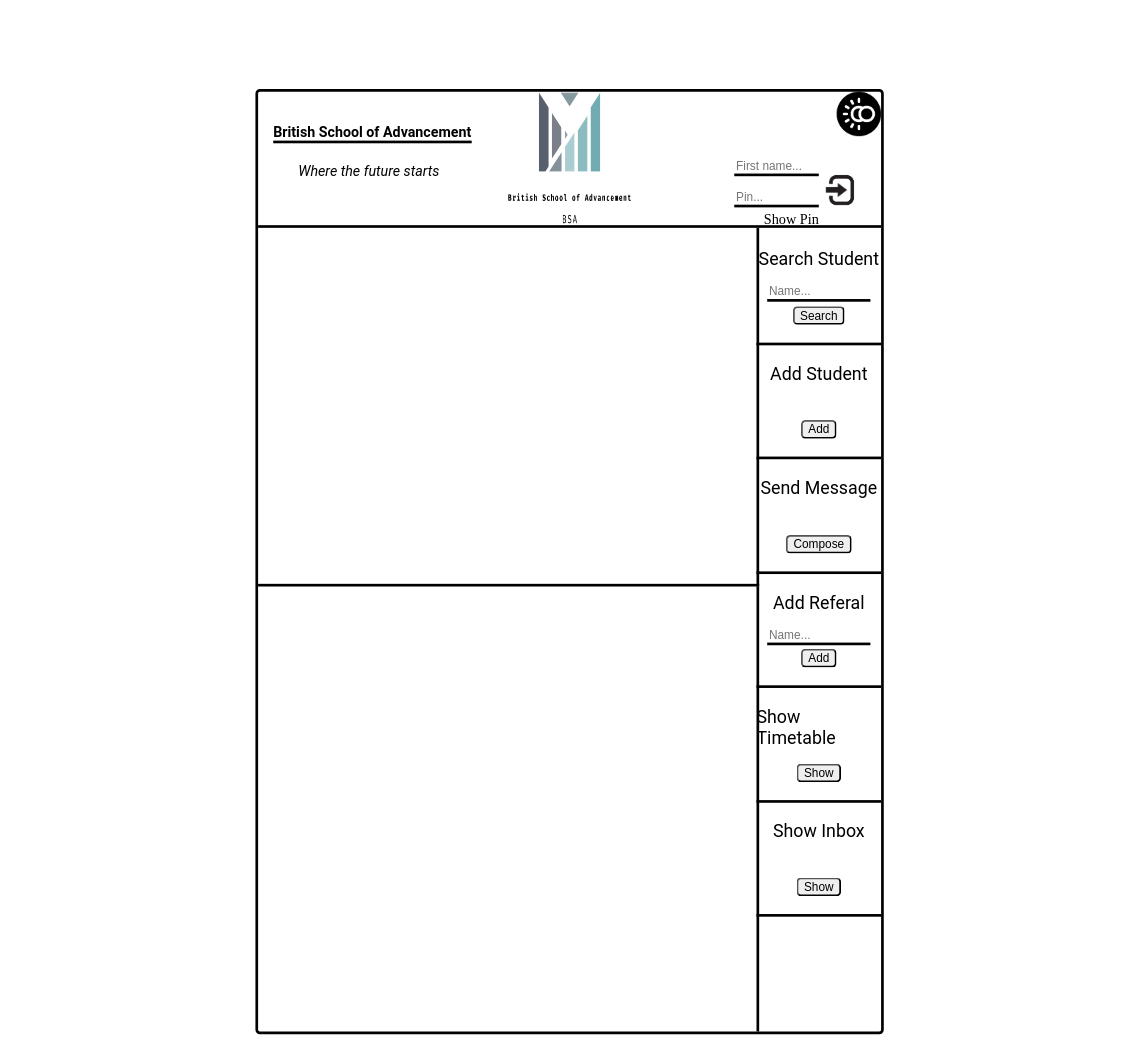
Repository: ghend99/Guardian-Application
Page: index.html
An editor plug-in stored every save of this project. The page is shown before and after the next save, followed by the edit.
The browser window is 1280 px wide. The pictures show the whole page, at 89% of full size.

Above is the page before, as saved 2023-06-06 18:49:37.

### index.html
<!DOCTYPE html>
<html lang="en">
  <head>
    <meta charset="UTF-8" />
    <meta http-equiv="X-UA-Compatible" content="IE=edge" />
    <meta name="viewport" content="width=device-width, initial-scale=1.0" />
    <title>School Application</title>
    <link rel="stylesheet" href="style.css" />
    <link rel="icon" type="image/x-icon" href="./images/favicon.png" />
  </head>
  <body>
    <div id="main-container">
      <div id="header-container">
        <div id="header-container-left-section">
          <p id="header-school-name" class="page-headers">
            British School of Advancement
          </p>
          <p id="header-school-slogan" class="page-headers">
            Where the future starts
          </p>
        </div>
        <div id="header-container-middle-section">
          <img class="header-middle-section-logo" src="./images/logo.png" />
        </div>
        <div id="header-container-right-section">
          <input
            id="header-login-input-fullname"
            class="login-input-fullname login-input input"
            type="text"
            placeholder="First name..."
          />
          <input
            id="header-login-input-pin"
            class="login-input-pin login-input input"
            placeholder="Pin..."
            type="password"
          />
          <p id="show-pin-header">Show Pin</p>
          <img
            id="header-login-button"
            class="login-button"
            src="./images/login-button.png"
          />
          <img class="header-dark-mode-toggle" src="./images/dark-mode.png" />
          <img class="login-modal-open" src="./images/login.png" />
        </div>
      </div>
      <div id="sidebar-container">
        <div id="sidebar-link-container1" class="sidebar-link-container">
          <p class="sidebar-link-header page-headers">Search Student</p>
          <input class="sidebar-input input" placeholder="Name..." />
          <button class="sidebar-search-button submit-button">Search</button>
        </div>
        <div id="sidebar-link-container2" class="sidebar-link-container">
          <p class="sidebar-link-header page-headers">Add Student</p>
          <button id="add-student" class="sidebar-search-button submit-button">
            Add
          </button>
        </div>
        <div id="sidebar-link-container3" class="sidebar-link-container">
          <p class="sidebar-link-header page-headers">Send Message</p>
          <button
            id="compose-message-open"
            class="sidebar-search-button submit-button"
          >
            Compose
          </button>
        </div>
        <div id="sidebar-link-container4" class="sidebar-link-container">
          <p class="sidebar-link-header page-headers">Add Referal</p>
          <input
            id="add-referal-fullname"
            class="sidebar-input input"
            placeholder="Name..."
          />
          <button id="add-referal" class="sidebar-search-button submit-button">
            Add
          </button>
        </div>
        <div id="sidebar-link-container5" class="sidebar-link-container">
          <p
            id="show-timetable-heading"
            class="sidebar-link-header page-headers"
          >
            Show Timetable
          </p>
          <button
            id="timetable-open"
            class="sidebar-search-button submit-button"
          >
            Show
          </button>
        </div>
        <div id="sidebar-link-container6" class="sidebar-link-container">
          <p class="sidebar-link-header page-headers">Show Inbox</p>
          <button id="inbox-open" class="sidebar-search-button submit-button">
            Show
          </button>
        </div>
        <div id="sidebar-link-container7" class="sidebar-link-container">
          <p class="sidebar-link-header page-headers">Update Timetable</p>
          <button
            id="update-timetable"
            class="sidebar-search-button submit-button"
          >
            Show
          </button>
        </div>
      </div>
      <img id="sidebar-open" src="./images/menu.png" />
      <img id="sidebar-close" src="./images/menu.png" />

      <div id="student-information-container">
        <h1
          id="student-information-name-header"
          class="student-information page-headers"
        >
          Student Name:
        </h1>
        <h3 class="student-information student-information-general-header">
          General Information
        </h3>
        <p id="student-information-first-name" class="student-information">
          First Name:
        </p>
        <p id="student-information-last-name" class="student-information">
          Last Name:
        </p>
        <p id="student-information-year" class="student-information">
          Year Group:
        </p>
        <p id="student-information-referals" class="student-information">
          Referals:
        </p>
        <p id="password-reset" class="student-information">Reset Password</p>
      </div>

      <div id="student-management-container">
        <p class="student-management-heading"></p>
        <img id="student-management-close" src="./images/close.png" />
        <div id="timetable-container"></div>
        <div id="inbox-container">
          <div id="inbox-header">
            <p class="inbox-header-header">Date</p>
            <p class="inbox-header-header">Sender</p>
            <p class="inbox-header-header">Reciever</p>
            <p class="inbox-header-header">Subject</p>
            <p class="inbox-header-header">Message</p>
          </div>
          <div id="inbox-line">
            <p></p>
            <p></p>
            <p></p>
            <p></p>
            <p></p>
          </div>
        </div>
      </div>
    </div>

    <div id="login-modal-container">
      <h1 class="login-modal-header modal-header page-headers">Login</h1>
      <img
        id="login-modal-close"
        class="modal-close"
        src="./images/close.png"
      />
      <input
        id="login-modal-fullname"
        class="login-input-fullname login-modal-input input"
        type="text"
        placeholder="Full name..."
      />
      <input
        id="login-modal-pin"
        class="login-input-pin login-modal-input input"
        type="number"
        placeholder="Pin..."
      />
      <p id="login-modal-show-pin">Show Pin</p>
      <input id="login-modal-submit" class="submit-button" type="submit" />
    </div>

    <div id="create-account-container">
      <p id="create-account-header" class="modal-header page-headers">
        Add Student Details
      </p>
      <img
        id="create-account-close"
        class="modal-close"
        src="./images/close.png"
      />
      <input
        id="create-account-first-name"
        class="create-account-input input"
        placeholder="First name..."
      />
      <input
        id="create-account-last-name"
        class="create-account-input input"
        placeholder="Last name..."
      />
      <input
        id="create-account-year"
        class="create-account-input input"
        placeholder="Year..."
      />
      <input
        id="create-account-pin"
        class="create-account-input input"
        placeholder="Year..."
      />

      <input
        id="create-account-repin"
        class="create-account-input input"
        placeholder="Year..."
      />
      <input id="create-account-submit" class="submit-button" type="submit" />
    </div>

    <div id="compose-message-container" class="">
      <p id="compose-message-header" class="modal-header">Compose Message</p>
      <img
        id="compose-message-close"
        class="modal-close"
        src="./images/close.png"
      />
      <input
        id="compose-message-reciever"
        class="compose-message-input input"
        type="text"
        placeholder="Reciever..."
      />
      <input
        id="compose-message-title"
        class="compose-message-input input"
        type="text"
        placeholder="Subject..."
      />
      <textarea
        id="compose-message-text-area"
        placeholder="Message..."
      ></textarea>
      <input id="compose-message-submit" class="submit-button" type="submit" />
    </div>

    <div id="password-reset-container">
      <p id="password-reset-header" class="modal-header page-headers">
        Pin Reset
      </p>
      <img
        id="password-reset-close"
        class="modal-close"
        src="./images/close.png"
      />
      <input
        id="password-reset-old"
        class="password-reset-input input"
        type="number"
        placeholder="Old Pin..."
      />
      <input
        id="password-reset-new"
        class="password-reset-input input"
        type="number"
        placeholder="New Pin..."
      />
      <input
        id="password-reset-new-retype"
        class="password-reset-input input"
        type="number"
        placeholder="New Pin..."
      />
      <input id="password-reset-submit" class="submit-button" type="submit" />
    </div>
    <script src="functions.js"></script>
    <script src="elements.js"></script>
    <script src="buttons.js"></script>
    <script src="message.js"></script>
    <script src="timetable.js"></script>
  </body>
</html>

### style.css
button {
  cursor: pointer;
}

.input {
  background-color: transparent;
  text-decoration: none;
  border: none;
  border-bottom: solid;
  outline: none;
}

.page-headers {
  font-family: "Roboto", Arial;
}

.modal-header {
  font-size: 30px;
  font-weight: bold;
  margin-top: 10px;
}

.dark-mode {
  background-color: black;
  color: white;
  border: solid;
  border-radius: 5px;
}

.input-dark-mode {
  color: white;
  border-color: white;
}

.button-dark-mode {
  color: white;
  background-color: black;
}

#main-container {
  position: relative;
  left: 50%;
  transform: translate(-50%);
  max-width: 50%;
  min-width: 700px;
  max-height: 1200px;
  min-height: 1000px;
  margin-top: 100px;
  border: solid;
  border-radius: 5px;
}

#header-container {
  display: grid;
  grid-template-columns: 1fr 1fr 1fr;
  grid-template-rows: 1fr;
  max-height: 200px;
  min-height: 150px;
  width: 100%;
  border-bottom: solid;
}

#header-school-name {
  position: absolute;
  top: 20px;
  left: 17px;
  font-size: clamp(1rem, 1vw, 2rem);
  font-weight: bold;
  border-bottom: solid;
}

#header-school-slogan {
  position: absolute;
  top: clamp(5%, 70px, 80px);
  left: clamp(45px, 5%, 70px);
  font-size: clamp(0.9rem, 1.5vw, 1rem);
  margin-top: 10px;
  font-style: italic;
}

#header-container-middle-section {
  display: flex;
  justify-content: center;
}

.header-middle-section-logo {
  width: 60%;
}

#header-login-input-fullname {
  position: absolute;
  top: 75px;
  width: 13%;
  right: 10%;
}

#header-login-input-pin {
  position: absolute;
  top: 110px;
  width: 13%;
  right: 10%;
}

#show-pin-header {
  position: absolute;
  top: 135px;
  right: 10%;
  margin: 0;
}

#header-login-button {
  position: absolute;
  width: 50px;
  right: 3%;
  top: 85px;
  cursor: pointer;
}

.header-dark-mode-toggle {
  position: absolute;
  width: 50px;
  top: 0;
  right: 0;
  cursor: pointer;
}

.login-modal-open {
  display: none;
}

#sidebar-container {
  position: absolute;
  display: grid;
  grid-template-columns: 1fr;
  grid-template-rows: 1fr 1fr 1fr 1fr 1fr 1fr 1fr;
  right: 0;
  bottom: 0;
  max-width: 30%;
  min-width: 20%;
  max-height: 1000px;
  min-height: 900px;
}

#sidebar-link-container1 {
  justify-content: center;
}

/* #sidebar-link-container6 {
  border-bottom: none;
} */

#sidebar-link-container7 {
  display: none;
  border-bottom: none;
}

.sidebar-link-container {
  position: relative;
  display: flex;
  justify-content: center;
  border-bottom: solid;
}

.sidebar-link-header {
  position: absolute;
  font-size: 20px;
}

.sidebar-input {
  position: absolute;
  margin-top: 60px;
  width: 80%;
}

.sidebar-search-button {
  position: absolute;
  max-width: 75%;
  min-width: 30px;
  bottom: 20px;
  border-radius: 5px;
}

#sidebar-open,
#sidebar-close {
  position: absolute;
  width: 50px;
  right: 0;
  top: 155px;
  display: none;
}

#sidebar-close {
  right: 120px;
}

#student-information-container {
  max-height: 800px;
  min-height: 400px;
  max-width: 80%;
  min-width: 50%;
  border-bottom: solid;
  border-right: solid;
}

#student-information-name-header {
  font-size: 30px;
  font-weight: bold;
  border-bottom: solid;
  width: fit-content;
  margin-left: 30px;
  margin-top: 0;
}

.student-information {
  margin-left: 40px;
  display: none;
}

.student-information-general-header {
  font-size: 24px;
  font-weight: bold;
  padding-left: 40px;
}

#password-reset {
  border-bottom: solid;
  font-weight: bold;
  width: fit-content;
  cursor: pointer;
}

#student-management-container {
  max-width: 80%;
  min-width: 50%;
  max-height: 600px;
  min-height: 500px;
  border-right: solid;
}

.student-management-heading {
  display: inline-block;
  font-size: 30px;
  margin: 0;
  margin-left: 20px;
  width: fit-content;
}

#student-management-close {
  position: absolute;
  bottom: 45.7%;
  right: 21%;
  width: 30px;
  cursor: pointer;
  display: none;
}

#timetable-container {
  position: relative;
  display: grid;
  grid-gap: 1em;
  grid-template-rows: repeat(var(--grid-rows), 1fr);
  grid-template-columns: repeat(var(--grid-cols), 1fr);
  /* top: 50px; */
  overflow: scroll;
  max-height: 90%;
  min-height: 466px;
  /* max-width: 99.6%;
  min-width: 250px; */
  display: none;
}

:root {
  --grid-cols: 1;
  --grid-rows: 1;
}

.grid-item {
  padding: 1em;
  border: 1px solid #ddd;
  text-align: center;
}

#timetable-input {
  width: 100px;
}

#inbox-container {
  max-height: 90%;
  min-height: 466px;
  max-width: 99.6%;
  min-width: 250px;
  display: none;
}

#inbox-header {
  position: relative;
  display: grid;
  grid-template-columns: 1fr 1fr 1fr 1fr 1fr;
  grid-template-rows: 1fr;
  width: 100%;
  height: 50px;
  /* background-color: aqua; */
  overflow-y: auto;
  font-family: "Roboto", Arial;
}

.inbox-header-header {
  margin-top: 0;
}

#inbox-line {
  position: relative;
  display: grid;
  grid-template-columns: 1fr 1fr 1fr 1fr 1fr;
  grid-template-rows: 1fr;
  row-gap: 20px;
  width: 100%;
  height: 50px;
  /* background-color: darkorange; */
  overflow-y: auto;
  font-family: "EB Garamond", Arial;
}

#login-modal-container,
#create-account-container,
#compose-message-container,
#password-reset-container {
  position: absolute;
  left: 50%;
  top: 30%;
  transform: translate(-50%);
  text-align: center;
  border: solid;
  border-radius: 5px;
  display: none;
}

#login-modal-container {
  max-width: 40%;
  min-width: 300px;
  max-height: 400px;
  min-height: 300px;
  text-align: center;
  border: solid;
  border-radius: 5px;
  display: none;
  background-color: whitesmoke;
  cursor: pointer;
}

#login-modal-fullname {
  position: absolute;
  top: 120px;
  left: 50px;
}

#login-modal-pin {
  position: absolute;
  top: 170px;
  left: 50px;
}

#login-modal-show-pin {
  position: absolute;
  top: 200px;
  left: 50px;
  margin: 0;
  font-size: 14px;
  cursor: pointer;
}

#login-modal-submit {
  left: 15%;
}

#login-modal-submit,
#create-account-submit,
#compose-message-submit,
#password-reset-submit {
  position: absolute;
  bottom: 20px;
  max-height: 60px;
  min-height: 30px;
  max-width: 20%;
  min-width: 200px;
}

#create-account-container {
  max-width: 60%;
  min-width: 400px;
  max-height: 600px;
  min-height: 500px;
}

.create-account-input,
.compose-message-input,
.password-reset-input {
  position: absolute;
  left: 30px;
}

#create-account-first-name {
  top: 80px;
}

#create-account-last-name {
  top: 150px;
}

#create-account-year {
  top: 220px;
}

#create-account-pin {
  top: 290px;
}

#create-account-submit {
  left: 25%;
}

#create-account-repin {
  position: absolute;
  top: 360px;
  left: 30px;
}

#compose-message-container {
  max-width: 60%;
  min-width: 400px;
  max-height: 600px;
  min-height: 500px;
}

.modal-close {
  position: absolute;
  width: 30px;
  right: 0;
  top: 0;
  cursor: pointer;
}

#compose-message-reciever {
  top: 80px;
}

#compose-message-title {
  top: 130px;
}

#compose-message-text-area {
  position: absolute;
  top: 35%;
  left: 30px;
  max-height: 80%;
  min-height: 230px;
  max-width: 100%;
  min-width: 280px;
}

#compose-message-submit {
  left: 25%;
}

#password-reset-container {
  max-width: 40%;
  min-width: 300px;
  max-height: 400px;
  min-height: 300px;
}

#password-reset-new {
  top: 120px;
}

#password-reset-new-retype {
  top: 165px;
}

#password-reset-submit {
  left: 17%;
}

/* @media screen and (min-width: 0) and (max-width: 1600px) {
  #show-timetable-heading {
    font-size: 18px;
  }
} */

@media screen and (min-width: 0) and (max-width: 720px) {
  #main-container {
    max-width: 600px;
    min-width: 300px;
  }

  #header-container {
    grid-template-columns: 1fr 1fr;
  }

  .header-middle-section-logo,
  #header-login-input-fullname,
  #header-login-input-pin,
  #show-pin-header,
  #header-login-button {
    display: none;
  }

  .login-modal-open {
    position: absolute;
    display: block;
    right: 0;
    top: 100px;
    width: 50px;
  }

  #sidebar-container {
    display: none;
  }

  .sidebar-link-header {
    font-size: 12px;
  }

  #sidebar-open {
    display: block;
  }

  .student-information-name-header {
    margin-left: 15px;
  }

  .student-information-general-header {
    margin-left: 25px;
    padding: 0;
  }

  .student-information {
    margin-left: 28px;
  }
}

### buttons.js
btnDarkModeToggle.addEventListener("click", function (e) {
  e.preventDefault();
  if (darkMode === false) {
    darkModeToggle();
  } else {
    lightModeToggle();
  }
});

btnAddStudentOpen.addEventListener("click", function (e) {
  e.preventDefault();
  addStudentContainer.style.display = "block";
  mainContainer.style.filter = "blur(3px)";
});

btnAddStudentClose.addEventListener("click", function (e) {
  e.preventDefault();
  addStudentContainer.style.display = "none";
  mainContainer.style.filter = "blur(0px)";
});

btndAddStudentSubmit.addEventListener("click", function (e) {
  e.preventDefault();
  createStudent();
  addStudentFirstNameInput.value = "";
  addStudentLastNameInput.value = "";
  addStudentYearInput.value = "";
  addStudentPinInput.value = "";
  addStudentRePinInput.value = "";
});

btnLoginHeader.addEventListener("click", function (e) {
  e.preventDefault();
  login();
  studentInformation.forEach((e) => {
    e.style.display = "block";
    inboxContainer.style.display = "none";
    inboxLine.innerHTML = "";
  });
  UpdateTimetableLinkContainer.style.display = "none";
});

btnLoginModalOpen.addEventListener("click", function (e) {
  e.preventDefault();
  loginContainer.style.display = "block";
  mainContainer.style.filter = "blur(3px)";
});

btnLoginModalClose.addEventListener("click", function (e) {
  e.preventDefault();
  loginContainer.style.display = "none";
  mainContainer.style.filter = "blur(0px)";
});

btnLoginModalSubmit.addEventListener("click", function (e) {
  e.preventDefault();
  loginModal();
  studentInformation.forEach((e) => {
    e.style.display = "block";
  });
  loginContainer.style.display = "none";
  mainContainer.style.filter = "blur(0px)";
});

btnComposeMessageOpen.addEventListener("click", function (e) {
  e.preventDefault();
  if (currentAccount === undefined) {
    alert("You need to login first");
  } else {
    composeMessageContainer.style.display = "block";
    mainContainer.style.filter = "blur(3px)";
  }
});

btnComposeMessageClose.addEventListener("click", function (e) {
  composeMessageContainer.style.display = "none";
  mainContainer.style.filter = "blur(0px)";
});

btnComposeMessageSubmit.addEventListener("click", function (e) {
  e.preventDefault();
  sendMessage();
});

btnInboxOpen.addEventListener("click", function (e) {
  e.preventDefault();
  if (currentAccount === undefined) {
    alert("You need to login first");
  } else {
    timetableContainer.style.display = "none";
    inboxContainer.style.display = "block";
    studentManagementHeading.textContent = "Inbox";
    btnStudentManagementClose.style.display = "block";
  }
});

btnTimetableOpen.addEventListener("click", function (e) {
  e.preventDefault();
  if (currentAccount === undefined) {
    alert("You need to login first");
  } else {
    inboxContainer.style.display = "none";
    timetableContainer.style.display = "grid";
    UpdateTimetableLinkContainer.style.display = "flex";
    studentManagementHeading.textContent = "Timetable";
    btnStudentManagementClose.style.display = "block";
  }
});

btnStudentManagementClose.addEventListener("click", function (e) {
  timetableContainer.style.display = "none";
  inboxContainer.style.display = "none";
  studentManagementHeading.textContent = "";
  btnStudentManagementClose.style.display = "none";
});

btnUpdateTimetableLink.addEventListener("click", function (e) {
  updateTimetableLink();
});

btnSidebarOpen.addEventListener("click", function (e) {
  e.preventDefault();
  sidebarContainer.style.display = "grid";
  btnSidebarOpen.style.display = "none";
  btnSidebarClose.style.display = "block";
});

btnSidebarClose.addEventListener("click", function (e) {
  e.preventDefault();
  sidebarContainer.style.display = "none";
  btnSidebarOpen.style.display = "block";
  btnSidebarClose.style.display = "none";
});

### message.js
const sendMessage = function () {
  const message = composeMessageText.value;
  const subject = composeMessageSubject.value;
  const reciever = composeMessageReciever.value;
  const target = students.find((stu) => stu.fullName === `${reciever}`);
  const date = new Date(Date.now()).toLocaleString();
  console.log(date);
  console.log(message, subject, reciever, target);
  if (target === undefined) {
    alert("Not a valid message reciercer");
  } else {
    target.inbox.push(message);
    target.from.push(currentAccount.fullName);
    target.subject.push(subject);
    target.date.push(date);
    // currentAccount.sent.push(message);
    // currentAccount.date.push(date);
    composeMessageReciever.value = "";
    composeMessageText.value = "";
    composeMessageSubject.value = "";
    localStorage.setItem("students", JSON.stringify(students));
    alert("Message Sent");
    // updateInbox(target, currentAccount, message, subject);
  }
};

// const updateInbox = function (target, currentAccount, message, subject) {
//   const html = ` <div id="inbox-line">
//   <p>${new Date(Date.now()).toLocaleString()}</p>
//   <p>${currentAccount.fullName}</p>
//   <p>${target.fullName}</p>
//   <p>${subject}</p>
//   <p>${message}</p>
// </div>
//   `;
//   inboxLine.insertAdjacentHTML("beforebegin", html);
// };

const updateInboxLoad = function (target) {
  getStudentsLocalStorage();
  for (let i = 0; i < currentAccount.inbox.length; i++) {
    const html = `<div id="inbox-line">
  <p>${currentAccount.date[i]}</p>
  <p>${currentAccount.from[i]}</p>
  <p>${currentAccount.fullName}</p>
  <p>${currentAccount.subject[i]}</p>
  <p>${currentAccount.inbox[i]}</p>
</div>
  `;
    inboxLine.insertAdjacentHTML("beforebegin", html);
  }
};
// updateInboxLoad();

Loaded but not shown: timetable.js (295 lines, source omitted); functions.js (221 lines, source omitted); elements.js (99 lines, source omitted)

After the next save:
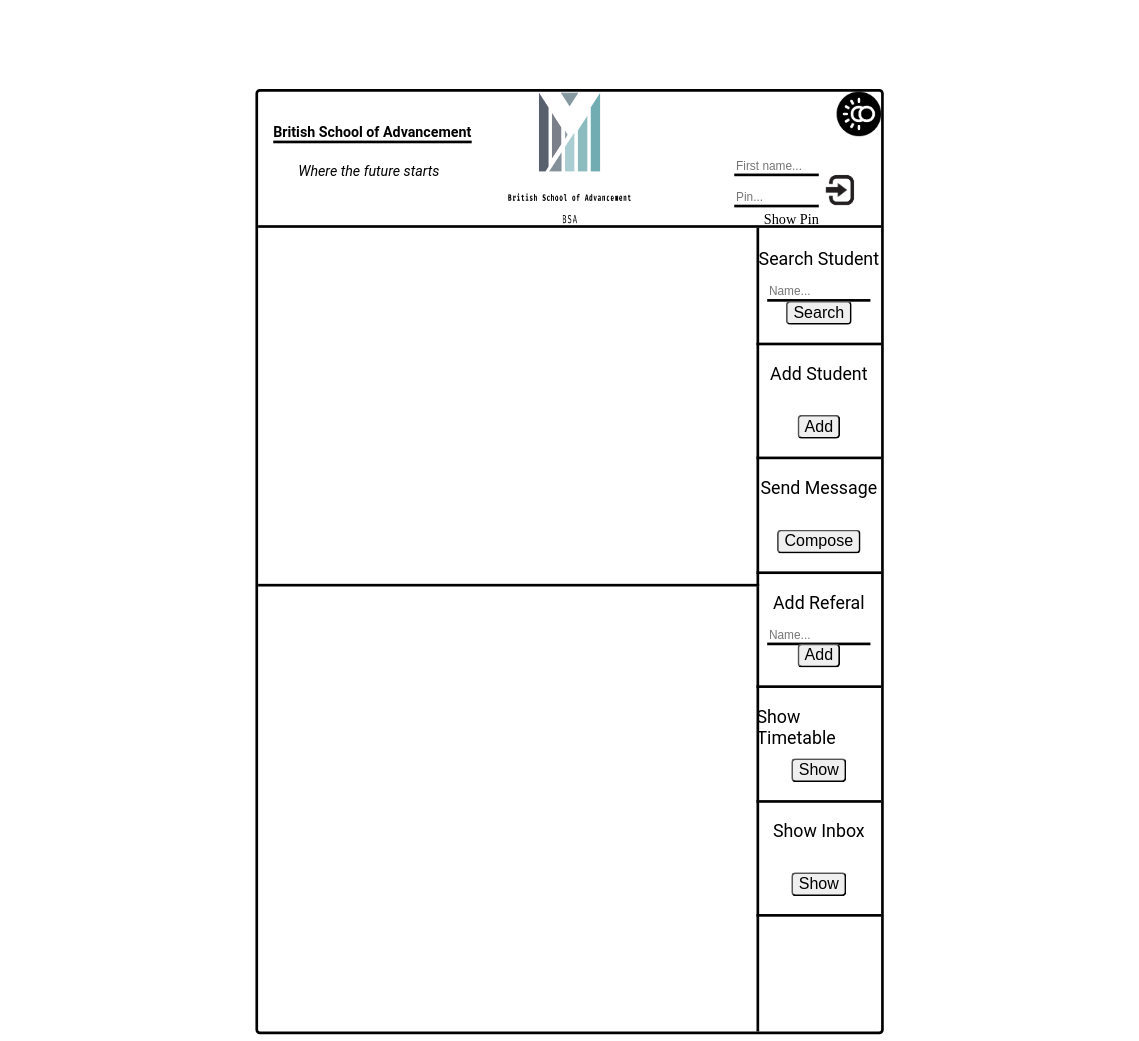
Saved 40 s later.
--- a/style.css
+++ b/style.css
@@ -178,6 +178,7 @@ button {
   min-width: 30px;
   bottom: 20px;
   border-radius: 5px;
+  font-size: clamp(8px, 18px, 22px);
 }
 
 #sidebar-open,
